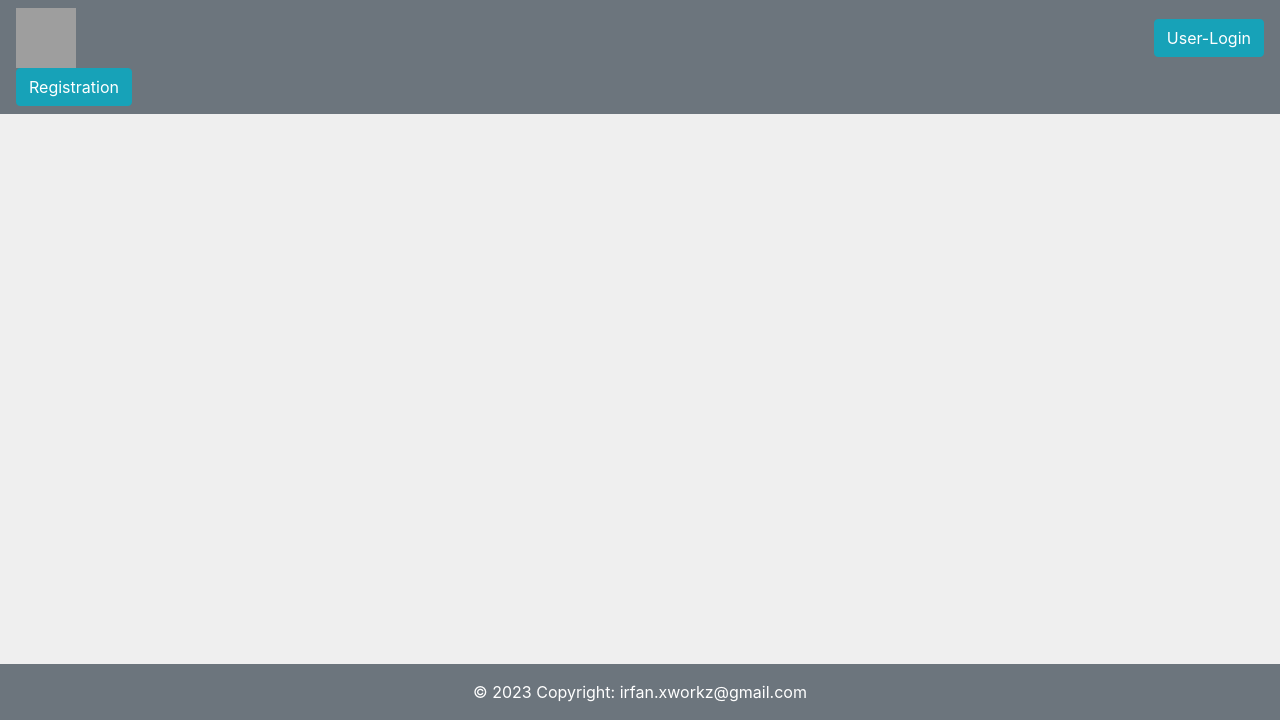
Repository: irfanxworkz/Project
Page: http://localhost/parking/User.jsp
An editor plug-in stored every save of this project. The page is shown before and after the next save, followed by the edit.
The browser window is 1280 px wide. The pictures show the whole page.
Pictures or frames that could not be fetched are drawn as grey boxes. The page is served by Tomcat 9.

Above is the page before, as saved 2023-07-09 23:18:38.

After the next save:
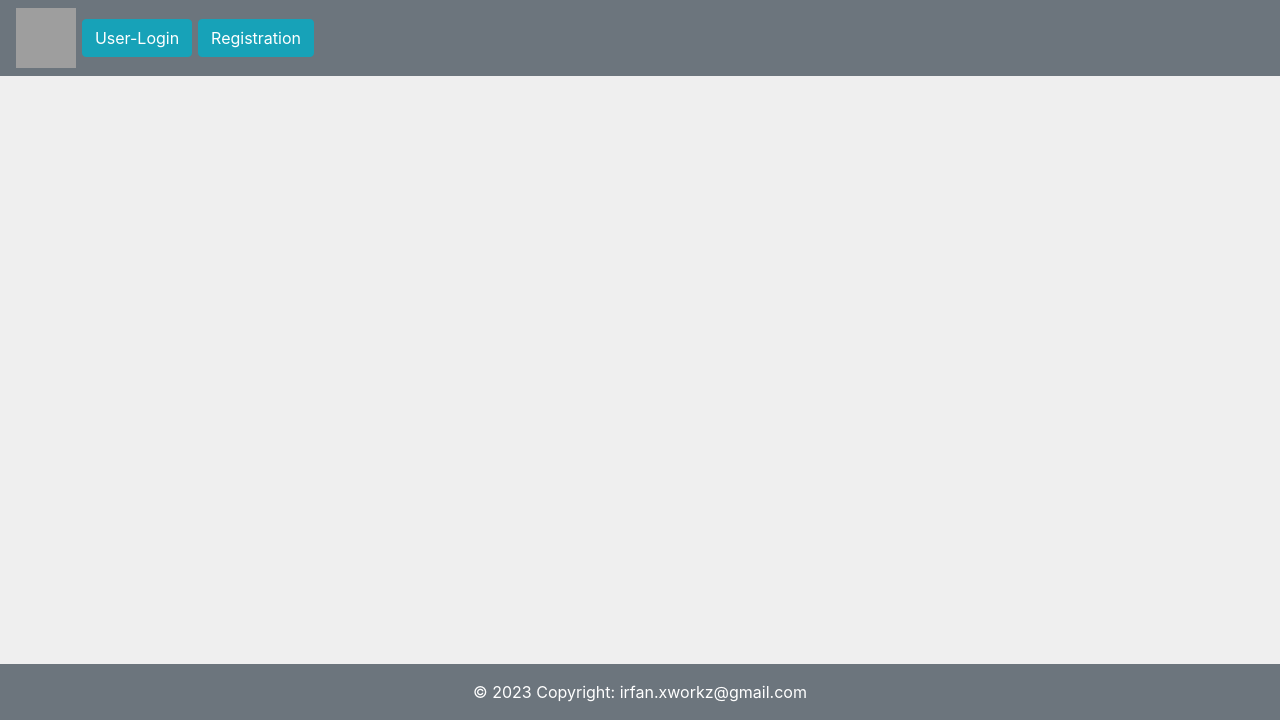
Saved 30 s later.
--- a/parking/src/main/webapp/User.jsp
+++ b/parking/src/main/webapp/User.jsp
@@ -14,7 +14,7 @@
 		<nav class="navbar navbar-dark bg-secondary justify-content-between">
 			<img src="https://w7.pngwing.com/pngs/974/17/png-transparent-car-park-parking-computer-icons-parking-text-rectangle-logo-thumbnail.png" alt="" width="60" height="60">
 		    <a href="Admin.jsp" class="btn btn-info" type="button">User-Login</a>
-			<a href="UserInfo.jsp" class="btn btn-info" type="button" style="margin-right: 1000px;">Registration</a>
+			<a href="UserInfo.jsp" class="btn btn-info" type="button" style="margin-right: 950px;">Registration</a>
 		</nav>
 	</div>
 </header>

After the save that followed:
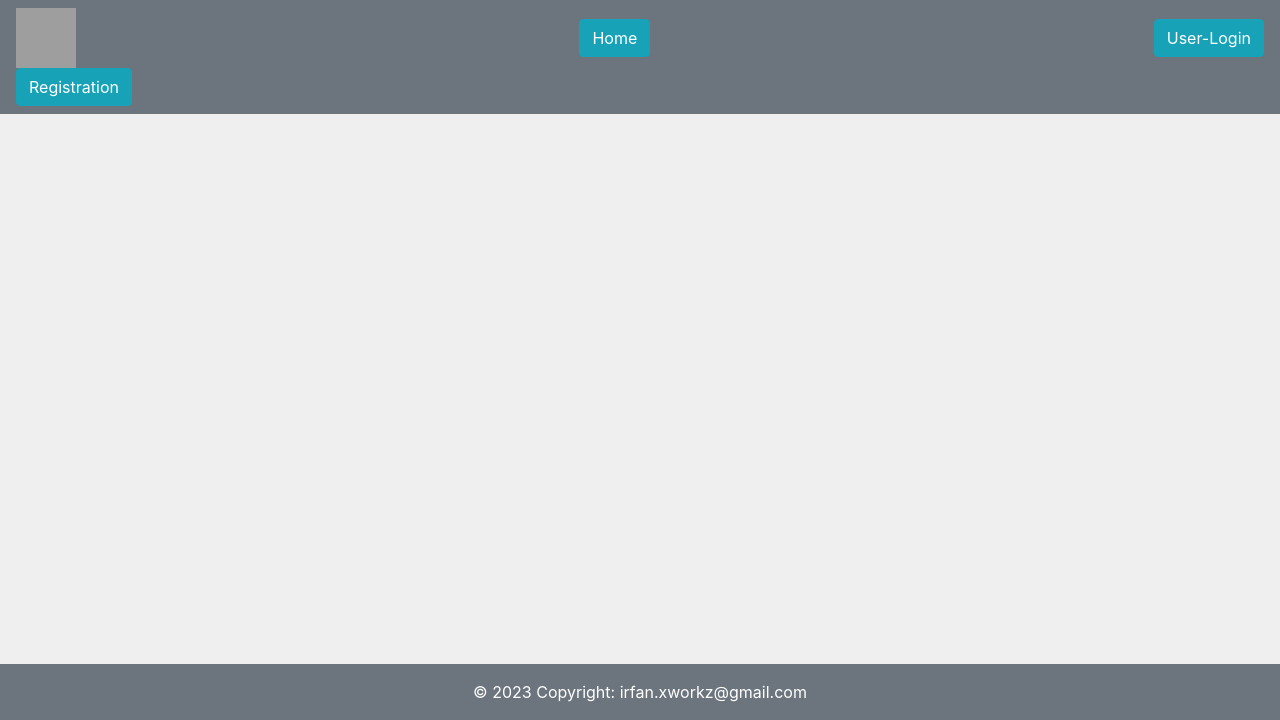
Saved 2 min 3 s later.
--- a/parking/src/main/webapp/User.jsp
+++ b/parking/src/main/webapp/User.jsp
@@ -13,6 +13,7 @@
 	<div class="fixed-header">
 		<nav class="navbar navbar-dark bg-secondary justify-content-between">
 			<img src="https://w7.pngwing.com/pngs/974/17/png-transparent-car-park-parking-computer-icons-parking-text-rectangle-logo-thumbnail.png" alt="" width="60" height="60">
+		   	<a href="Home.jsp" class="btn btn-info" type="button">Home</a>
 		    <a href="Admin.jsp" class="btn btn-info" type="button">User-Login</a>
 			<a href="UserInfo.jsp" class="btn btn-info" type="button" style="margin-right: 950px;">Registration</a>
 		</nav>
